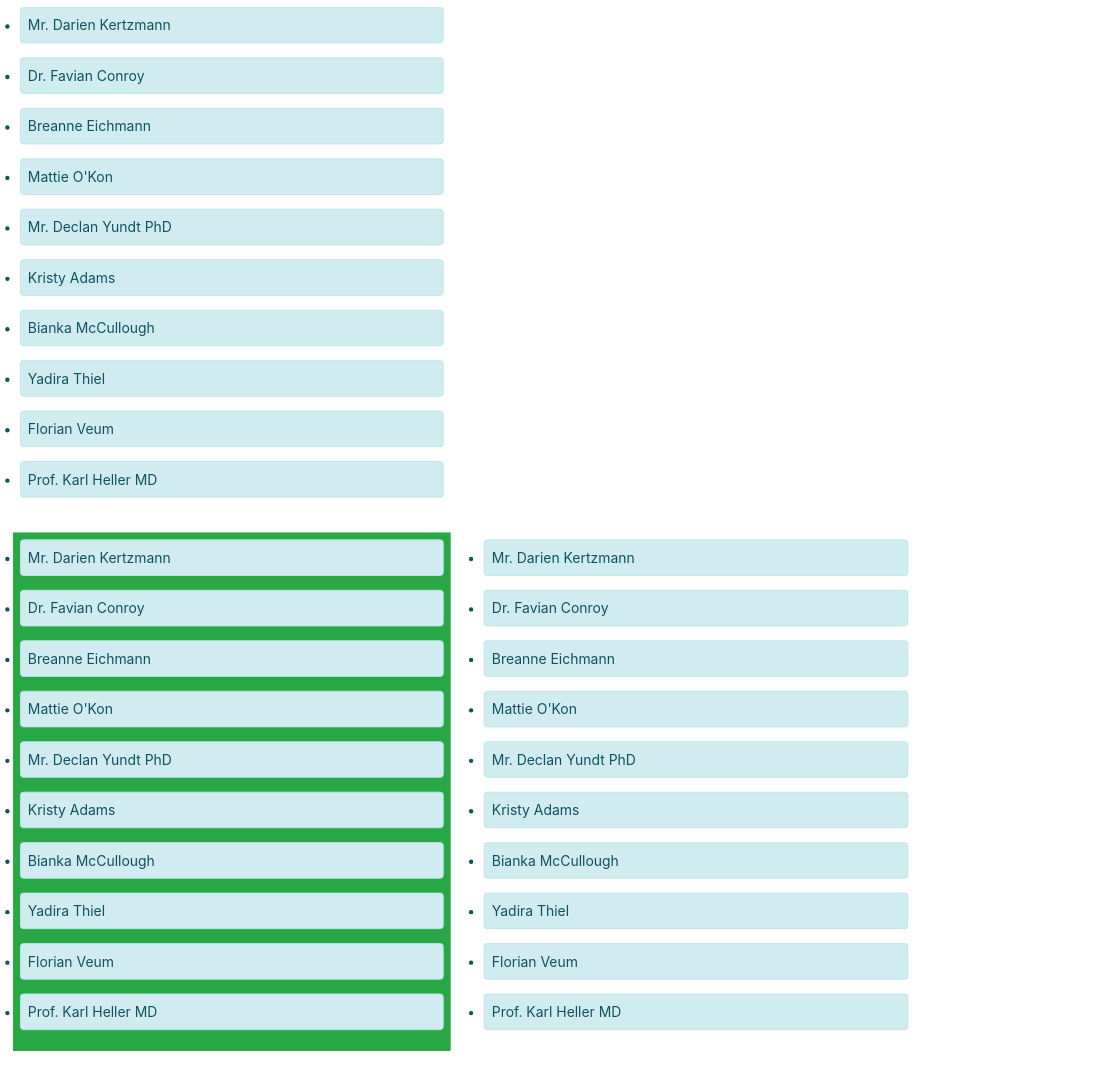
Repository: yatharth-vataliya/the-core-php-js
Page: http://localhost/prac_17.php
These files come from the project's save history. The page is drawn as it stood at one moment and after the next save; the edit follows.
The browser window is 1280 px wide. The pictures show the whole page, at 87% of full size.
Some web libraries are served in a nearby version. The page is run by PHP 8.4 with error messages shown; the project is at /var/www/html/. The database holds what the project's SQL file puts in it.

Above is the page before, as saved 2020-12-26 18:28:29.

### prac_17.php
<?php

require_once("db.php");

$st = $pdo->prepare('SELECT * FROM sort_it ORDER BY order_id ASC');
$st->execute();

$data = $st->fetchAll(PDO::FETCH_OBJ);

?>
<!doctype html>
<html lang="en">

<head>
  <!-- Required meta tags -->
  <meta charset="utf-8">
  <meta name="viewport" content="width=device-width, initial-scale=1, shrink-to-fit=no">

  <!-- Bootstrap CSS -->
  <link rel="stylesheet" href="https://cdn.jsdelivr.net/npm/bootstrap@4.5.3/dist/css/bootstrap.min.css">
  <link rel="stylesheet" href="https://code.jquery.com/ui/1.12.1/themes/base/jquery-ui.css">
  <style>

  </style>
  <title>Title</title>
</head>

<body>
  <div class="container-fluid">
    <div class="row">
      <div class="col-md-5">
        <ul id="sortable" class="p-2">
          <?php foreach ($data as $dt) : ?>
            <li class="p-2 alert alert-info" data-id="<?php echo $dt->id; ?>"><?php echo $dt->product_name; ?></li>
          <?php endforeach; ?>
        </ul>
      </div>
    </div>
  </div>

  <div class="container-fluid">
    <div class="row">
      <div class="col-md-5">
        <ul id="sortable1" class="p-2 connectedSortable bg-success">
          <?php foreach ($data as $dt) : ?>
            <li class="p-2 alert alert-info" data-id="<?php echo $dt->id; ?>"><?php echo $dt->product_name; ?></li>
          <?php endforeach; ?>
        </ul>
      </div>
      <div class="col-md-5">
        <ul id="sortable2" class="p-2 connectedSortable">
          <?php foreach ($data as $dt) : ?>
            <li class="p-2 alert alert-info" data-id="<?php echo $dt->id; ?>"><?php echo $dt->product_name; ?></li>
          <?php endforeach; ?>
        </ul>
      </div>
    </div>
  </div>

  <script src="https://code.jquery.com/jquery-3.5.1.js"></script>
  <script src="https://cdn.jsdelivr.net/npm/bootstrap@4.5.3/dist/js/bootstrap.bundle.min.js"></script>
  <script src="https://code.jquery.com/ui/1.12.1/jquery-ui.js"></script>

  <script>
    $(function() {
      $("#sortable").sortable({
        update: function(event, ui) {
          var od_array = new Array();
          $("#sortable li").each(function() {
            od_array.push($(this).data("id"));
          });
          var http = new XMLHttpRequest();
          http.onreadystatechange = function() {
            if (this.readyState == 4 && this.status == 200) {
              response = JSON.parse(this.response);
              alert(response.message);
            }
          }
          http.open("POST", "reorder.php");
          form_data = new FormData();
          for (i = 0; i < od_array.length; i++) {
            form_data.append('data_id[]', od_array[i]);
          }
          http.send(form_data);
        }
      });
      $("#sortable").disableSelection();
    });

    $(function() {
      $("#sortable1, #sortable2").sortable({
        connectWith: ".connectedSortable"
      }).disableSelection();
    });
  </script>

</body>

</html>

### db.php
<?php
$dsn = 'mysql:host=localhost;dbname=practice';
$username = 'root';
$password = 'rootroot';
$options = array(
	PDO::MYSQL_ATTR_INIT_COMMAND => 'SET NAMES utf8',
	PDO::ATTR_ERRMODE => PDO::ERRMODE_EXCEPTION
);

$pdo = new PDO($dsn, $username, $password, $options);
?>

### practice.sql (the tables this page reads)
CREATE TABLE `sort_it` (
  `id` int(11) NOT NULL,
  `product_name` varchar(100) NOT NULL,
  `description` varchar(200) DEFAULT NULL,
  `order_id` int(11) NOT NULL DEFAULT '0'
) ENGINE=InnoDB DEFAULT CHARSET=utf8mb4;

INSERT INTO `sort_it` (`id`, `product_name`, `description`, `order_id`) VALUES
(1, 'Kristy Adams', 'Quam ut perferendis vel magnam. Enim deleniti illo doloribus est praesentium. Aliquam aliquam enim autem et dolore. Neque labore deleniti et incidunt.', 6),
(2, 'Yadira Thiel', 'Dignissimos consequatur quidem ea architecto et. Aut asperiores nesciunt velit repellendus error provident dolorum. Qui eos aut in praesentium qui magnam voluptatem.', 7),
(3, 'Mr. Darien Kertzmann', 'Sapiente quaerat consequuntur rem quia. Architecto facere numquam qui. Velit eligendi ex quia qui ipsum.', 1),
(4, 'Dr. Favian Conroy', 'Doloribus similique repellendus nihil explicabo dicta. Similique minima quis mollitia officiis temporibus libero. Sunt sit qui autem consequatur et. Corrupti sed earum delectus voluptatem.', 2),
(5, 'Florian Veum', 'Totam ut vel natus repudiandae quas. Vel quia similique sint. Qui quo architecto culpa dolorem. Rem quos recusandae quas.', 8),
(6, 'Breanne Eichmann', 'Eum ea et sunt ratione quo. Veritatis iusto incidunt et dolor beatae officiis ipsum. Est placeat labore et molestiae ex est. Excepturi et veritatis sunt expedita.', 3),
(7, 'Mattie O\'Kon', 'Quibusdam dolores commodi alias quam eaque et qui. Doloribus ut ipsam tenetur odit quia assumenda ipsam. Sit sed veniam nostrum quis deleniti. Vel ea dolorem eum doloremque.', 4),
(8, 'Mr. Declan Yundt PhD', 'Quaerat et voluptatibus eos. Unde voluptas repellat est qui fugiat sit. Soluta amet est perspiciatis harum ea. Maxime dolorem quam aliquam id. At aut recusandae est consequatur mollitia dolorem unde.', 5),
(9, 'Bianka McCullough', 'Officia ut in et molestias cupiditate qui modi. Quia voluptatem sed rem cupiditate rerum. Enim nihil eligendi assumenda porro.', 6),
(10, 'Prof. Karl Heller MD', 'Aut consectetur sed sunt minus. Dolores quidem aut facilis aut. Accusantium explicabo laudantium consequatur aut similique qui.', 9);

ALTER TABLE `sort_it`
  ADD PRIMARY KEY (`id`);

ALTER TABLE `sort_it`
  MODIFY `id` int(11) NOT NULL AUTO_INCREMENT, AUTO_INCREMENT=11;

After the next save:
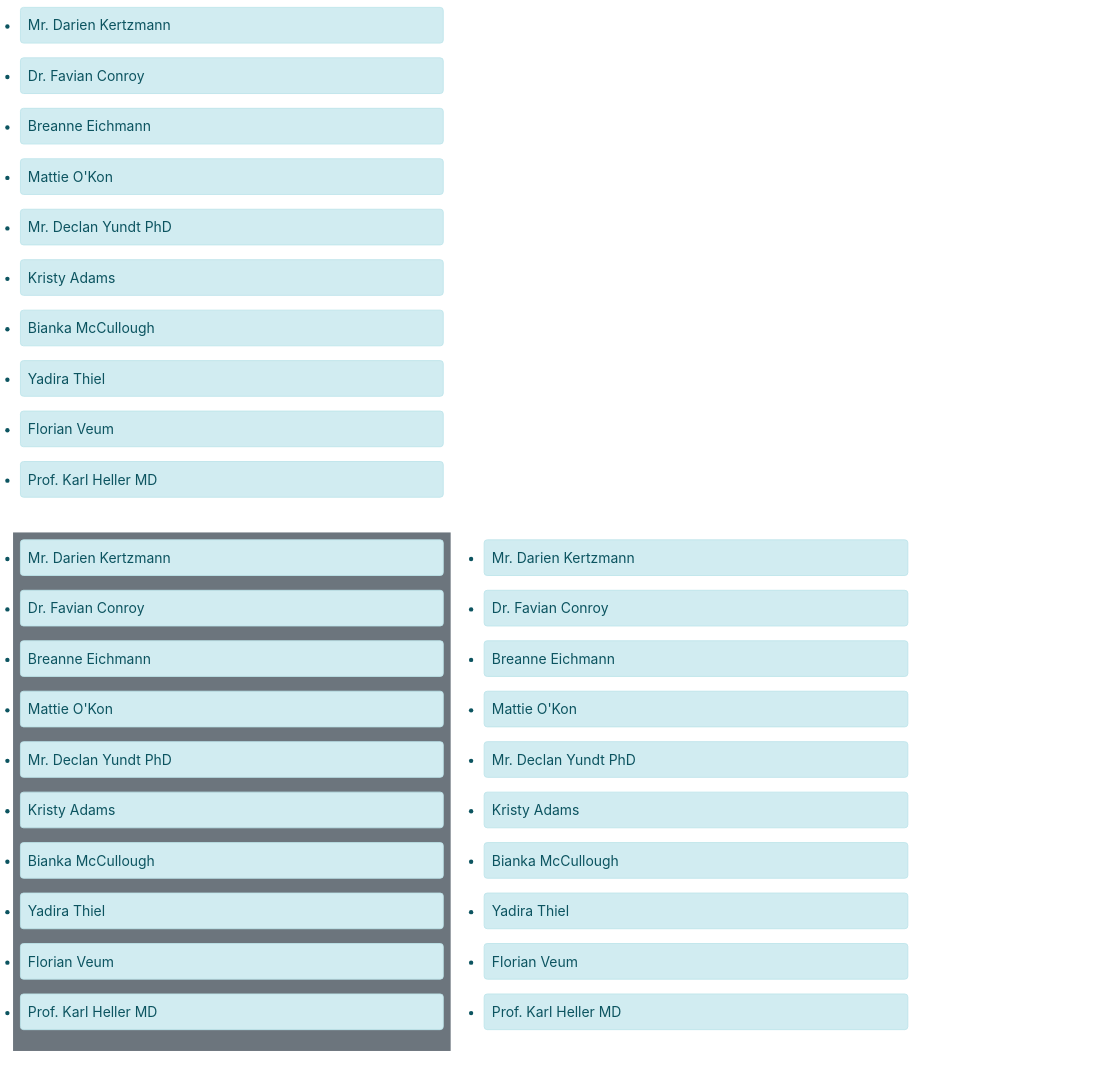
Saved 12 s later.
--- a/prac_17.php
+++ b/prac_17.php
@@ -41,7 +41,7 @@ $data = $st->fetchAll(PDO::FETCH_OBJ);
   <div class="container-fluid">
     <div class="row">
       <div class="col-md-5">
-        <ul id="sortable1" class="p-2 connectedSortable bg-success">
+        <ul id="sortable1" class="p-2 connectedSortable bg-secondary">
           <?php foreach ($data as $dt) : ?>
             <li class="p-2 alert alert-info" data-id="<?php echo $dt->id; ?>"><?php echo $dt->product_name; ?></li>
           <?php endforeach; ?>
